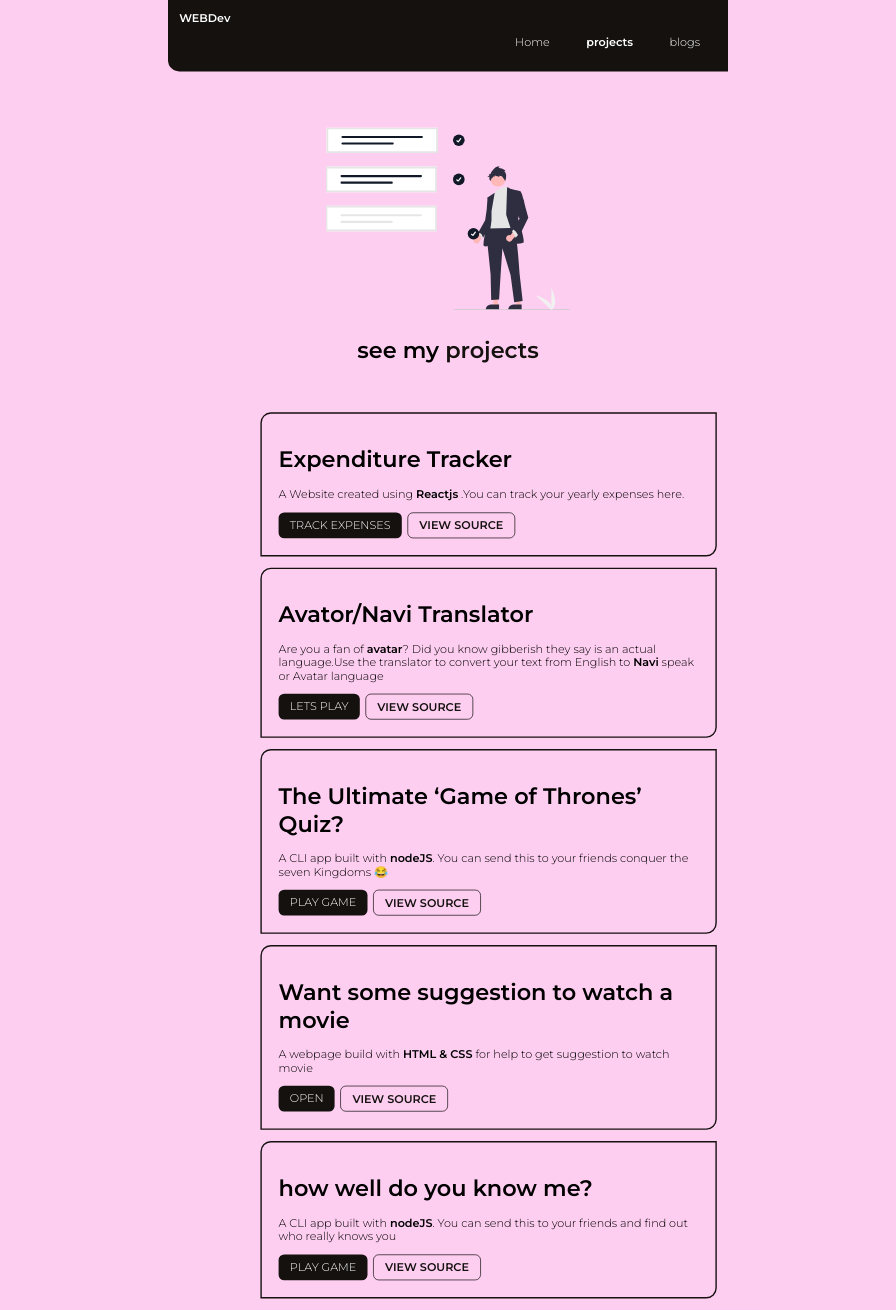
Repository: sohan2503001/Portfolio
Page: projects.html
An editor plug-in stored every save of this project. The page is shown before and after the next save, followed by the edit.
The browser window is 1280 px wide. The pictures show the whole page, at 70% of full size.

Above is the page before, as saved 2021-05-26 11:32:17.

### projects.html
<!DOCTYPE html>
<html lang="en">

<head>
  <meta charset="UTF-8" />
  <meta name="viewport" content="width=device-width, initial-scale=1.0" />
  <title>Projects | Sohan</title>
  <link rel="stylesheet" href="style.css" />
  <link rel="icon" href="images/favicon.svg" sizes="any" type="image/svg+xml">
</head>

<body>
  <nav class="navigation container">
    <div class="nav-brand">WEBDev</div>
    <ul class="list-non-bullet nav-pills">
      <li class="list-item-inline">
        <a class="link" href="/">Home</a>
      </li>
      <li class="list-item-inline">
        <a class="link link-active" href="projects.html">projects</a>
      </li>
      <li class="list-item-inline">
        <a class="link" href="blogs.html">blogs</a>
      </li>
    </ul>
  </nav>

  <header class="hero">
    <img class="hero-img" src="images/pro.svg" alt="" />
    <h1 class="hero-heading">
      see my<span class="heading-inverted"> projects</span>
    </h1>
  </header>


  <ol class="list list-non-bullet">


    <div class="container container-center box-contain">
      <li>
        <h1>Expenditure Tracker</h1>
        <p>
          A Website created using <strong>Reactjs</strong> .You can track your yearly expenses here.
        </p>

        <div class="link-button">
          <a class="link link-primary name-link" href="https://expenditure-tracker.netlify.app/"
          target="_blank">TRACK EXPENSES</a>
        <a class="link link-secondary" href="https://github.com/sohan2503001/Expenditure-Tracker" target="_blank">VIEW
          SOURCE</a>
        </div>
      </li>
    </div>


    <div class="container container-center box-contain">
      <li>
        <h1>Avator/Navi Translator </h1>
        <p>
          Are you a fan of <strong>avatar</strong>? Did you know gibberish they say is an actual
          language.Use the translator to convert your text from English to <strong>Navi</strong>
          speak or Avatar language
        </p>

        <div class="link-button">
          <a class="link link-primary name-link" href="https://avator-speak.netlify.app/"
          target="_blank">LETS PLAY</a>
        <a class="link link-secondary" href="https://github.com/sohan2503001/Avator-speak" target="_blank">VIEW
          SOURCE</a>
        </div>
      </li>
    </div>


    <div class="container container-center box-contain">
      <li>
        <h1>The Ultimate ‘Game of Thrones’ Quiz?</h1>
        <p>
          A CLI app built with <strong>nodeJS</strong>. You can send this to
          your friends conquer the seven Kingdoms 😂
        </p>

        <div class="link-button">
          <a class="link link-primary name-link" href="https://replit.com/@Sohan250301/GameofThronesQuiz?embed=1&output=1#index.js"
          target="_blank">PLAY GAME</a>
        <a class="link link-secondary" href="https://github.com/sohan2503001/GOTQuiz" target="_blank">VIEW SOURCE</a>
        </div>
      </li>
    </div>


    <div class="container container-center box-contain">
      <li>
        <h1>Want some suggestion to watch a movie</h1>
        <p>
          A webpage build with <strong>HTML & CSS </strong> for help to get suggestion to watch movie
        </p>

        <div class="link-button">
          <a class="link link-primary name-link" href="https://moviesreview.netlify.app/" target="_blank">OPEN</a>
        <a class="link link-secondary" href="https://github.com/sohan2503001/MovieSuggestion" target="_blank">VIEW
          SOURCE</a>
        </div>
      </li>
    </div>


    <div class="container container-center box-contain">
      <li>
        <h1>how well do you know me?</h1>
        <p>
          A CLI app built with <strong>nodeJS</strong>. You can send this to
          your friends and find out who really knows you
        </p>

        <div class="link-button">
          <a class="link link-primary name-link" href="https://replit.com/@Sohan250301/How-much-you-know-me?embed=1&output=1"
          target="_blank">PLAY GAME</a>
        <a class="link link-secondary" href="https://github.com/sohan2503001/Quiz1" target="_blank">VIEW SOURCE</a>
        </div>
      </li>
    </div>


  </ol>
  <script src="code.js"></script>
</body>

</html>

### style.css
@import url('https://fonts.googleapis.com/css2?family=Montserrat:wght@300;600&display=swap');

:root{
    --primary-color: #14110F;
    --dark-gray: #4B5563;
    --off-white: #32CBFF;
}

body {
    font-family: 'Montserrat', sans-serif;
    margin: auto;
    max-width: 800px;
    width: 100%;
    background-color: #FECEF1;
}

hr{
    margin: 2rem 0rem;
}

/** container **/
.container{
    padding: 0rem 1rem;
}

.container-center{
    max-width: 600px;
    margin: auto;
}

/** links **/
.link{
    text-decoration: none;
    padding: 0.5rem 1rem;
    /*margin: 1rem 0rem 1rem 0rem;*/
}

.link-primary{
    background-color: var(--primary-color);
    border-radius: 0.5rem;
    color:white;
}

.link-secondary{
    color: var(--primary-color);
    border-radius: 0.5rem;
    border: 1px solid var(--primary-color);
    font-weight: bold;
}

/** lists **/

.list-non-bullet{
    list-style: none;
}

.list-item-inline{
    display: inline;
    padding: 0rem 0.5rem;
}

/** navigation **/

.navigation{
    background-color: var(--primary-color);
    color: white;
    padding: 1rem;
    border-bottom-left-radius: 1rem;
}

.navigation .nav-brand{
    font-weight: bold;
}

.navigation .nav-pills{
    text-align: right;
}

.navigation .link{
    color: white;
}

.navigation .link-active{
    font-weight: bold;
}

/**header **/

.hero{
    padding: 2rem;
    padding-top: 5rem;
}

.hero .hero-img{
    max-width: 350px;
    display: block;
    margin: auto;
}

.hero .hero-heading{
    padding-top: 1rem;
    color: var(--dark-red);
    text-align: center;
}

.hero .hero-heading .heading-inverted{
    color: var(--primary-color)
}

/** section **/
.section{
    padding: 1rem;
    border-radius: 15px;
    margin: 2rem;
}

.section h1{
    text-align: center;
    font-weight: bolder;
}

.ow {
    background-color: var(--off-white);
}

.section p{
    font-weight: bold;
}

/**footer **/

.footer{
    background-color: var(--primary-color);
    padding: 1rem;
    text-align: center;
    color: white;
    border-top-right-radius: 1rem;
}

.footer .link{
    color: white;
}

.footer .footer-header{
    font-weight: bold;
    font-size: large;
}

.footer ul{
    padding-inline-start: 0px;
}

/**Projects**/
.box-contain{
    border: 2px solid var(--primary-color);
    padding: 1.5rem;
    border-top-left-radius: 15px;
    border-bottom-right-radius: 15px;
    margin: auto;
    margin-top: 1rem;
    margin-right: 1rem;
}

.link-button{
    display: flex;
}

.name-link{
    margin-right: 0.5rem;
}

### code.js
function myFunction() {
    var element = document.body;
    element.classList.toggle("dark-mode");
}

After the next save:
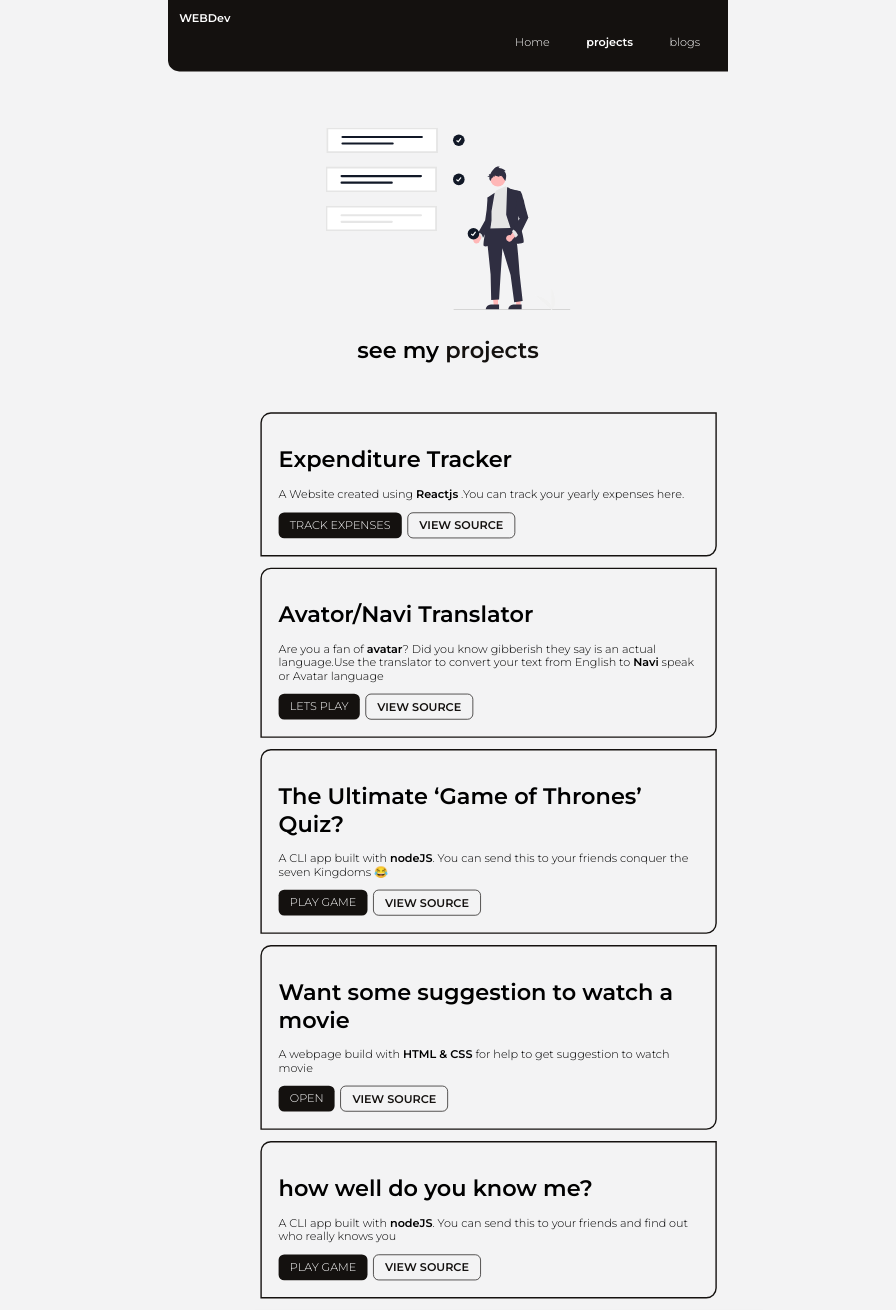
Saved 22 s later.
--- a/style.css
+++ b/style.css
@@ -11,7 +11,7 @@ body {
     margin: auto;
     max-width: 800px;
     width: 100%;
-    background-color: #FECEF1;
+    background-color: #F3F3F4;
 }
 
 hr{
